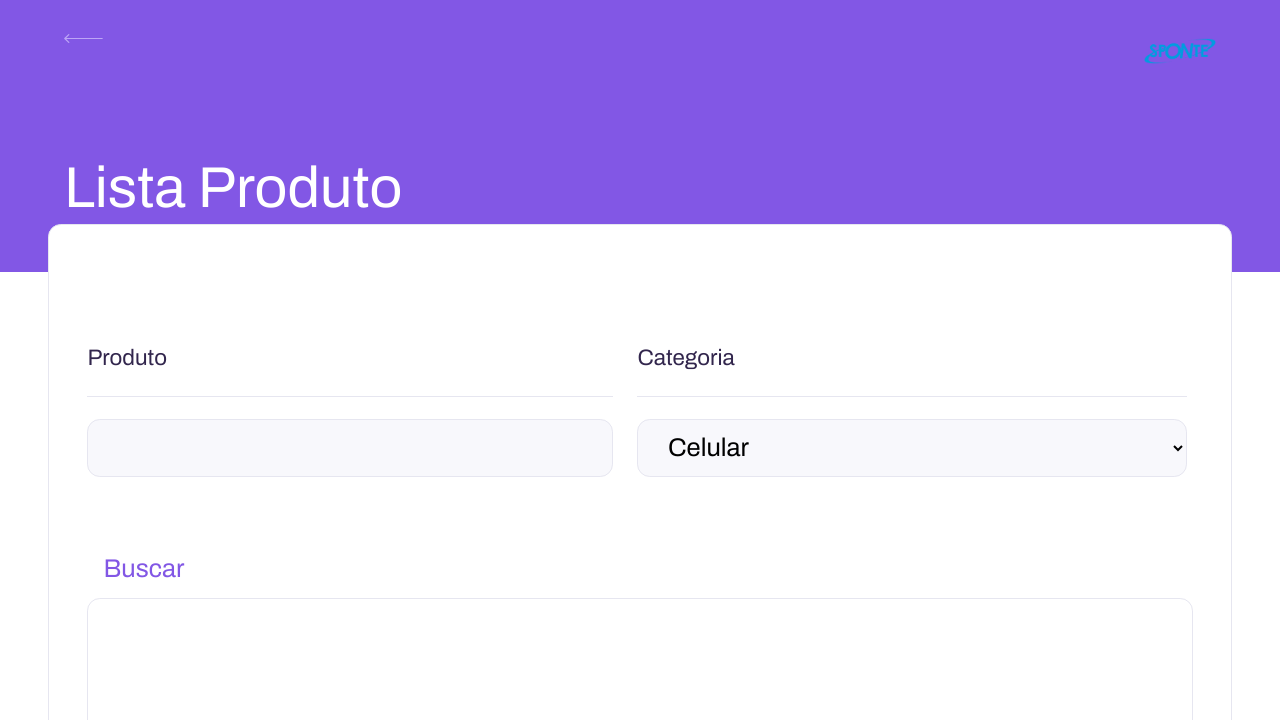
Repository: Henrique-Hoi-Dev/avalia-o-front-end
Page: /list (app in web/)
The author's editor kept a copy of each file at every save. The page is drawn from the files as they stood at one save, then again after the next save.
The browser window is 1280 px wide. The pictures show the whole page.
An inner scrolling area shows only its first screen. The project was rebuilt for these pictures with package versions that can differ from the ones it lists, and the page was loaded fresh each time. Also part of the build but not shown: web/src/pages/Home/styles.js, web/src/pages/Home/index.js, web/src/services/api.js, web/src/pages/RegistrationProduct/styles.js, web/src/components/HeaderRecord/styles.js, web/src/components/HeaderRecord/index.js, web/src/pages/RegistrationProduct/Avatarinput/styles.js, web/src/pages/RegistrationProduct/Avatarinput/index.js and 1 more.

Above is the page before, as saved 2020-09-02 21:49:17.

### web/public/index.html
<!DOCTYPE html>
<html lang="en">
  <head>
    <meta charset="utf-8" />
    <link rel="icon" href="%PUBLIC_URL%/favicon.ico" />
    <meta name="viewport" content="width=device-width, initial-scale=1" />
    <meta name="theme-color" content="#000000" />
    <meta
      name="description"
      content="Web site created using create-react-app"
    />
    <link
      href="https://fonts.googleapis.com/css2?family=Archivo:ital,wght@0,400;1,700&family=Poppins&display=swap"
      rel="stylesheet"
    />

    <title>Controle de estoque</title>
  </head>
  <body>
    <noscript>You need to enable JavaScript to run this app.</noscript>
    <div id="root"></div>
  </body>
</html>

### web/src/App.js
import React from 'react';
import Routes from './routes';

import GlobalStyle from './styles/global';

function App() {
  return (
    <>
      <Routes />
      <GlobalStyle />
    </>
  );
}

export default App;

### web/src/routes.js
import React from 'react';
import { BrowserRouter, Route } from 'react-router-dom';

import Home from './pages/Home';
import ListProduct from './pages/ListProduct';
import RegistrationProduct from './pages/RegistrationProduct';

function Routes() {
  return (
    <BrowserRouter>
      <Route path="/" exact component={Home} />
      <Route path="/list" component={ListProduct} />
      <Route path="/record-product" component={RegistrationProduct} />
    </BrowserRouter>
  );
}

export default Routes;

### web/src/styles/global.js
import { createGlobalStyle } from 'styled-components';

export default createGlobalStyle`


  * {
    margin: 0;
    padding: 0;
    outline: 0;
    border: 0;
    box-sizing: border-box;
  }
  html, body, #root {
    height: 100%;
    overflow-x: hidden;
  }


  body {
    background: linear-gradient(-70deg #f0f0f7);
    -webkit-font-smoothing: antialiased !important;

  }

  body, input, button {

    font-size: 14px;
    font-family: 'Roboto', sans-serif;
  }

  button {
    cursor: pointer;
  }

  :root {

  --color-background: #f0f0f7;
  --color-primary-lighter: #9871f5;
  --color-primary-light: #916bea;
  --color-primary: #8257e5;
  --color-primary-dark: #774dd6;
  --color-primary-darker: #6842c2;
  --color-secundary: #04d361;
  --color-secundary-dark: #04bf58;
  --color-title-in-primary: #ffffff;
  --color-text-in-primary: #d4c2ff;
  --color-text-title: #32264d;
  --color-text-complement: #9c98a6;
  --color-text-base: #6a6180;
  --color-line-in-white: #e6e6f0;
  --color-input-background: #f8f8fc;
  --color-button-text: #ffffff;
  --color-box-base: #ffffff;
  --color-box-footer: #fafafc;
}
`;

### web/src/pages/ListProduct/index.js
import React from 'react';
import * as Yup from 'yup';

import Header from '../../components/HeaderList';
import { FcEmptyTrash } from 'react-icons/fc';
import { Formik, Field, Form } from 'formik';
import { Container } from './styles';

const schema = Yup.object().shape({
  product: Yup.string()
    .required('! Este compo é obrigatório.')
    .max(100, '! No máximo 100 caracteres'),
  categoria: Yup.string().required('! Este compo é obrigatório.'),
});

function ListProduct() {
  function onSubmit(values) {
    console.log(values);
  }
  return (
    <Container>
      <Header />
      <div className="header-main">
        <Formik
          onSubmit={onSubmit}
          validationSchema={schema}
          validateOnBlur
          initialValues={{
            product: '',
            categoria: 'celular',
          }}
          render={({ values, errors }) => (
            <Form className="form-input">
              <div id="header-busca" className="header-title">
                <div className="buscar">
                  <label htmlFor="product">Produto</label>
                  <Field name="product" type="text" />
                  <span>{errors.product}</span>
                </div>

                <div className="categoria">
                  <label htmlFor="categoria">Categoria</label>
                  <Field nome="categoria" component="select">
                    <option value="celular">Celular</option>
                    <option value="tvs">Tvs</option>
                    <option value="notbook">Notbook</option>
                    <option value="acessorios">Acessórios</option>
                  </Field>
                </div>
              </div>
              <button type="submit">Buscar</button>

              <table className="table-list">
                <thead className="table-title">
                  <td>Lista de Produtos</td>
                </thead>
                <tbody>
                  <tr>
                    <td>Produto</td>
                    <td>Descrição do produto</td>
                    <img src="https://github.com/Henrique-Hoi-Dev" />
                    <button>
                      <FcEmptyTrash />
                    </button>
                  </tr>
                  <tr>
                    <td>Produto 2</td>
                    <td>blaqweqwe qweqwe</td>
                  </tr>
                </tbody>
              </table>
            </Form>
          )}
        />
      </div>
    </Container>
  );
}

export default ListProduct;

### web/src/components/HeaderList/index.js
import React from 'react';
import { Link } from 'react-router-dom';

import { PageHeader } from './styles';
import backIcon from '../../assets/back.svg';
import logo from '../../assets/logo.png';

function HeaderList() {
  return (
    <PageHeader>
      <div className="header">
        <Link to="/">
          <img src={backIcon} alt="voltar" />
        </Link>
        <img src={logo} alt="voltar" />
      </div>

      <div className="header-content">
        <h2>Lista Produto</h2>
      </div>
    </PageHeader>
  );
}

export default HeaderList;

### web/src/pages/ListProduct/styles.js
import styled from 'styled-components';
import { darken } from 'polished';

export const Container = styled.div`
  width: 100vw;
  height: 100vh;

  .header-main {
    background: var(--color-box-base);
    width: 100%;
    max-width: 74rem;
    border: 0.1rem solid var(--color-line-in-white);
    border-radius: 0.8rem;
    margin: -3rem auto 3.2rem;
    padding-top: 6.4rem;
    overflow: hidden;
  }

  input,
  select {
    width: 100%;
    height: 3.6rem;
    border-radius: 0.8rem;
    background: var(--color-input-background);
    border: 1px solid var(--color-line-in-white);
    outline: 0;
    padding: 0 1.6rem;
    font: 1.6rem Archivo;
  }

  .form-input {
    border: 0;
    padding: 0 2.4rem;
    margin-top: 0.1rem;

    button {
      background: none;
      border: 0;
      margin: 1rem;
      color: var(--color-primary);
      font: 700 1.6rem Archivo;
      cursor: pointer;
      transition: color 0.2s;

      &:hover {
        color: ${darken(0.03, '#6842c2')};
      }
    }
  }
  .header-title span {
    color: #ff0000;
    align-self: flex-start;
    margin: 0 0 10px;
    font-weight: bold;
  }

  label {
    font: 700 1.4rem Archivo;
    color: var(--color-text-title);
    margin-bottom: 1.4rem;
    margin-top: 1rem;
    display: flex;
    align-items: center;
    justify-content: space-between;
    width: 100%;
    padding-bottom: 1.6rem;
    border-bottom: 1px solid var(--color-line-in-white);
  }
  main {
    margin: 3.2rem auto;
    width: 90%;
  }
  .table-list {
    width: 100%;
    background: var(--color-box-base);
    border: 1px solid var(--color-line-in-white);
    border-radius: 0.8rem;

    thead {
      font: 700 2.4rem Archivo;
      display: block;
      color: var(--color-text-title);
      margin-top: 1rem;
      padding: 10rem;
    }

    tbody {
      margin-left: 2.4rem;
    }

    img {
      width: 4rem;
      height: 4rem;
      border-radius: 50%;
    }
  }

  @media (min-width: 1100px) {
    #header-busca {
      max-width: 1100px;

      display: grid;
      grid-template-columns: 1fr 1fr;
      grid-template-rows: 210px;
      grid-template-areas: 'buscar categoria ';
    }

    .buscar {
      grid-area: buscar;
      margin-right: 1.5rem;
    }

    .categoria {
      grid-area: categoria;
    }
  }
`;

### web/src/components/HeaderList/styles.js
import styled from 'styled-components';

export const PageHeader = styled.div`
  display: flex;
  flex-direction: column;
  background-color: var(--color-primary);

  .header {
    width: 90%;
    margin: 0 auto;
    display: flex;
    justify-content: space-between;
    align-items: center;
    color: var(--color-text-in-primary);
    padding: 1.6rem 0;

    a {
      height: 3.2rem;
      transition: opacity 0.2s;

      :hover {
        opacity: 0.6;
      }
    }

    img {
      height: 1.6rem;
    }
  }

  .header-content {
    width: 90%;
    margin: 0 auto;
    position: relative;
    margin: 3.2rem auto;

    a {
      font: 700 3.6rem Archivo;
      line-height: 4.2rem;
      color: var(--color-title-in-primary);
    }

    h2 {
      font: 700 3.6rem Archivo;
      line-height: 4.2rem;
      color: var(--color-title-in-primary);
    }
  }
`;

Loaded but not shown: web/src/index.js (common file)

After the next save:
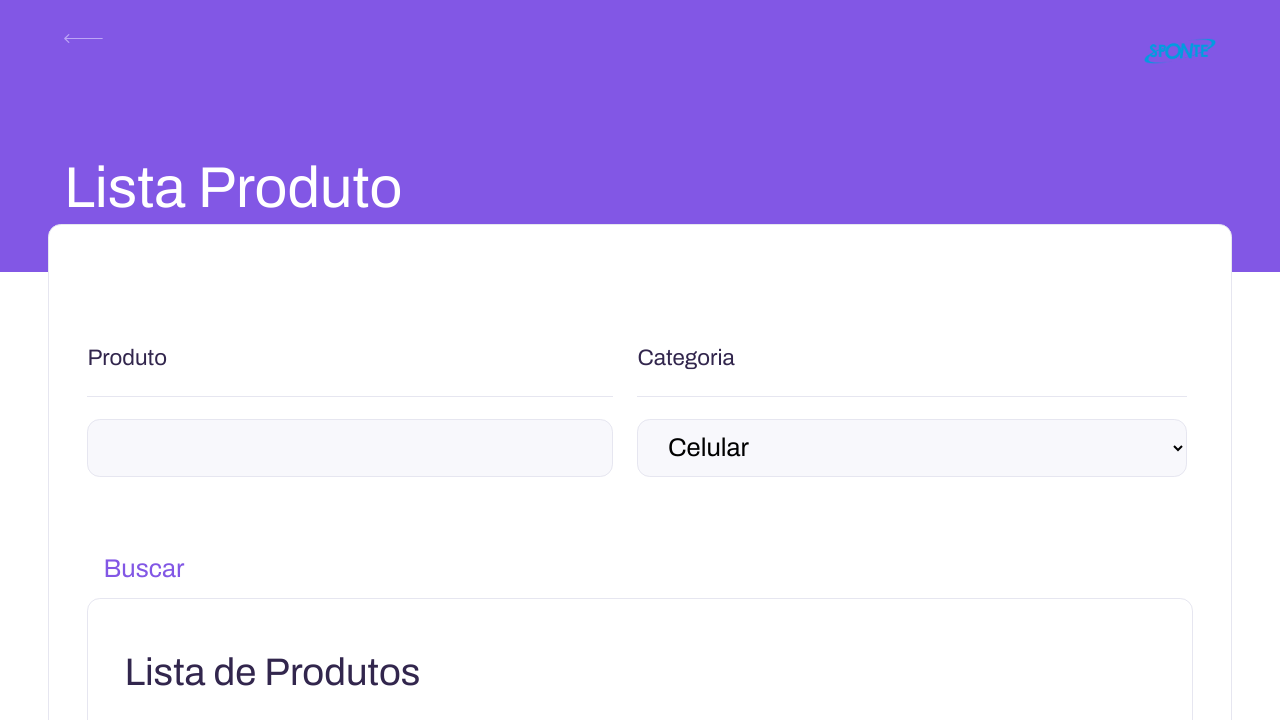
Saved 8 s later.
--- a/web/src/pages/ListProduct/styles.js
+++ b/web/src/pages/ListProduct/styles.js
@@ -81,7 +81,7 @@ export const Container = styled.div`
       display: block;
       color: var(--color-text-title);
       margin-top: 1rem;
-      padding: 10rem;
+      padding: 2rem;
     }
 
     tbody {
